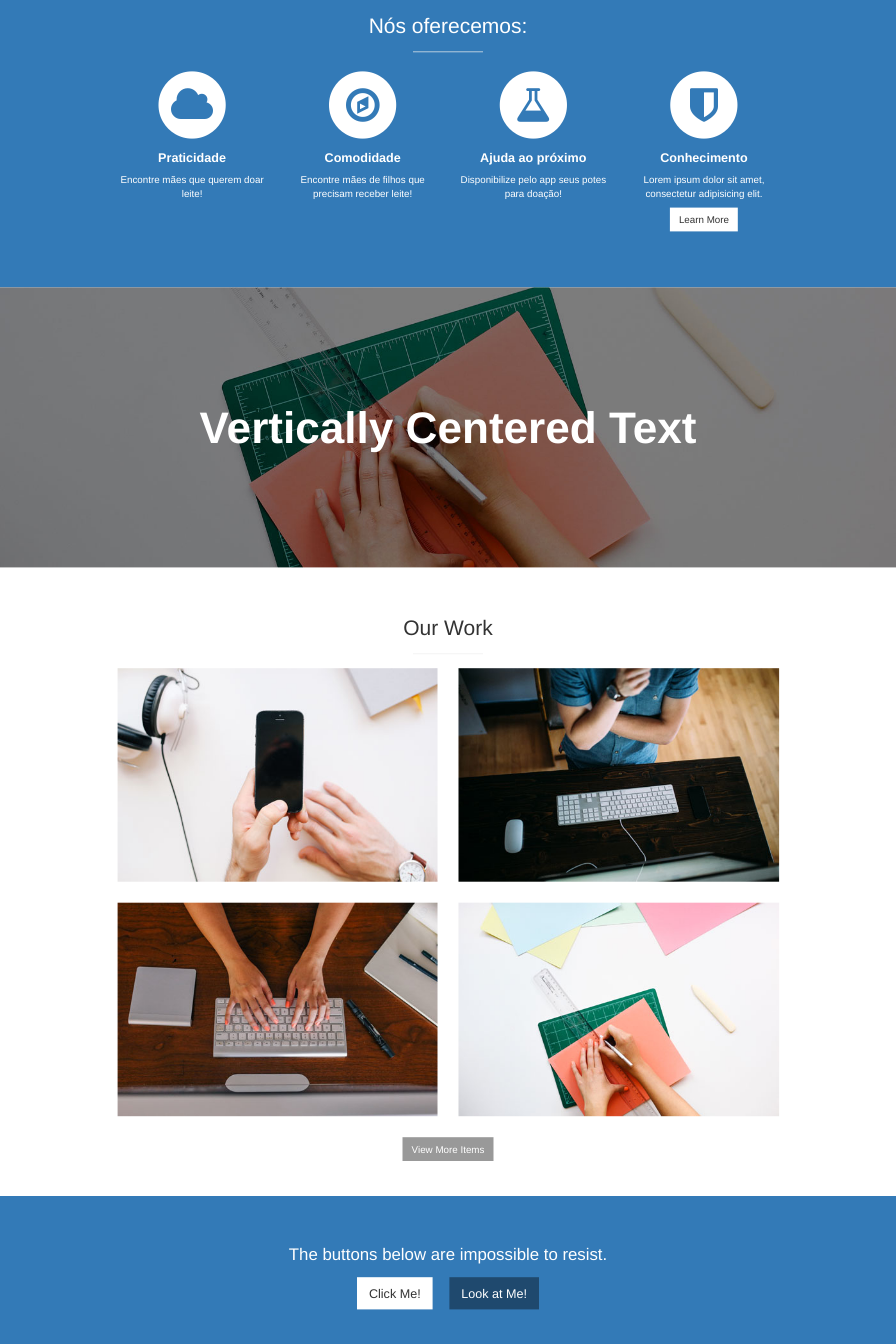
Repository: rsanttos/AmamentAcaoPage
Page: AmamentAcao/WebContent/index.html
The author's editor kept a copy of each file at every save. The page is drawn from the files as they stood at one save, then again after the next save.
The browser window is 1280 px wide. The pictures show the part of the page from y = 982 to 2902 px (the page is 3885 px tall before and 3841 px after), at 70% of full size.
Pictures or frames that could not be fetched are drawn as grey boxes. Some web fonts or font styles are not loaded; a fallback is used.

Above is the page before, as saved 2016-11-24 19:39:16.

### AmamentAcao/WebContent/index.html
<!DOCTYPE html>
<html lang="en">

<head>

    <meta charset="utf-8">
    <meta http-equiv="X-UA-Compatible" content="IE=edge">
    <meta name="viewport" content="width=device-width, initial-scale=1">
    <meta name="description" content="">
    <meta name="author" content="">

    <title>AmamentAção</title>

    <!-- Bootstrap Core CSS -->
    <link href="css/bootstrap.min.css" rel="stylesheet">

    <!-- Custom CSS -->
    <link href="css/stylish-portfolio.css" rel="stylesheet">

    <!-- Custom Fonts -->
    <link href="font-awesome/css/font-awesome.min.css" rel="stylesheet" type="text/css">
    <link href="https://fonts.googleapis.com/css?family=Source+Sans+Pro:300,400,700,300italic,400italic,700italic" rel="stylesheet" type="text/css">

    <!-- HTML5 Shim and Respond.js IE8 support of HTML5 elements and media queries -->
    <!-- WARNING: Respond.js doesn't work if you view the page via file:// -->
    <!--[if lt IE 9]>
        <script src="https://oss.maxcdn.com/libs/html5shiv/3.7.0/html5shiv.js"></script>
        <script src="https://oss.maxcdn.com/libs/respond.js/1.4.2/respond.min.js"></script>
    <![endif]-->

</head>

<body>

    <!-- Navigation -->
    <a id="menu-toggle" href="#" class="btn btn-dark btn-lg toggle"><i class="fa fa-bars"></i></a>
    <nav id="sidebar-wrapper">
        <ul class="sidebar-nav">
            <a id="menu-close" href="#" class="btn btn-light btn-lg pull-right toggle"><i class="fa fa-times"></i></a>
            <li class="sidebar-brand">
                <a href="#top" onclick=$("#menu-close").click();>AmamentAção</a>
            </li>
            <li>
                <a href="#top" onclick=$("#menu-close").click();>Home</a>
            </li>
            <li>
                <a href="#about" onclick=$("#menu-close").click();>Sobre</a>
            </li>
            <li>
                <a href="#services" onclick=$("#menu-close").click();>Serviços</a>
            </li>
            <li>
                <a href="#portfolio" onclick=$("#menu-close").click();>Portfolio</a>
            </li>
            <li>
                <a href="#contact" onclick=$("#menu-close").click();>Contato</a>
            </li>
        </ul>
    </nav>

    <!-- Header -->
    <header id="top" class="header">
        <div class="text-vertical-center">
            <h1>AmamentAção</h1>
            <h3>Porque todo bebê merece uma alimentação completa</h3>
            <br>
            <a href="#about" class="btn btn-dark btn-lg">Saiba mais</a>
        </div>
    </header>

    <!-- About -->
    <section id="about" class="about">
        <div class="container">
            <div class="row">
                <div class="col-lg-12 text-center">
                    <h2>Doe leite!</h2>
                    <p class="lead">O leite materno é considerado o alimento mais completo que os recém-nascidos podem ter em suas dietas.</p>
                </div>
            </div>
            <!-- /.row -->
        </div>
        <!-- /.container -->
    </section>

    <!-- Services -->
    <!-- The circle icons use Font Awesome's stacked icon classes. For more information, visit http://fontawesome.io/examples/ -->
    <section id="services" class="services bg-primary">
        <div class="container">
            <div class="row text-center">
                <div class="col-lg-10 col-lg-offset-1">
                    <h2>Nós oferecemos:</h2>
                    <hr class="small">
                    <div class="row">
                        <div class="col-md-3 col-sm-6">
                            <div class="service-item">
                                <span class="fa-stack fa-4x">
                                <i class="fa fa-circle fa-stack-2x"></i>
                                <i class="fa fa-cloud fa-stack-1x text-primary"></i>
                            </span>
                                <h4>
                                    <strong>Praticidade</strong>
                                </h4>
                                <p>Encontre mães que querem doar leite!</p>
                            </div>
                        </div>
                        <div class="col-md-3 col-sm-6">
                            <div class="service-item">
                                <span class="fa-stack fa-4x">
                                <i class="fa fa-circle fa-stack-2x"></i>
                                <i class="fa fa-compass fa-stack-1x text-primary"></i>
                            </span>
                                <h4>
                                    <strong>Comodidade</strong>
                                </h4>
                                <p>Encontre mães de filhos que precisam receber leite!</p>
                            </div>
                        </div>
                        <div class="col-md-3 col-sm-6">
                            <div class="service-item">
                                <span class="fa-stack fa-4x">
                                <i class="fa fa-circle fa-stack-2x"></i>
                                <i class="fa fa-flask fa-stack-1x text-primary"></i>
                            </span>
                                <h4>
                                    <strong>Ajuda ao próximo</strong>
                                </h4>
                                <p>Disponibilize pelo app seus potes para doação!</p>
                            </div>
                        </div>
                        <div class="col-md-3 col-sm-6">
                            <div class="service-item">
                                <span class="fa-stack fa-4x">
                                <i class="fa fa-circle fa-stack-2x"></i>
                                <i class="fa fa-shield fa-stack-1x text-primary"></i>
                            </span>
                                <h4>
                                    <strong>Conhecimento</strong>
                                </h4>
                                <p>Lorem ipsum dolor sit amet, consectetur adipisicing elit.</p>
                                <a href="#" class="btn btn-light">Learn More</a>
                            </div>
                        </div>
                    </div>
                    <!-- /.row (nested) -->
                </div>
                <!-- /.col-lg-10 -->
            </div>
            <!-- /.row -->
        </div>
        <!-- /.container -->
    </section>

    <!-- Callout -->
    <aside class="callout">
        <div class="text-vertical-center">
            <h1>Vertically Centered Text</h1>
        </div>
    </aside>

    <!-- Portfolio -->
    <section id="portfolio" class="portfolio">
        <div class="container">
            <div class="row">
                <div class="col-lg-10 col-lg-offset-1 text-center">
                    <h2>Our Work</h2>
                    <hr class="small">
                    <div class="row">
                        <div class="col-md-6">
                            <div class="portfolio-item">
                                <a href="#">
                                    <img class="img-portfolio img-responsive" src="img/portfolio-1.jpg">
                                </a>
                            </div>
                        </div>
                        <div class="col-md-6">
                            <div class="portfolio-item">
                                <a href="#">
                                    <img class="img-portfolio img-responsive" src="img/portfolio-2.jpg">
                                </a>
                            </div>
                        </div>
                        <div class="col-md-6">
                            <div class="portfolio-item">
                                <a href="#">
                                    <img class="img-portfolio img-responsive" src="img/portfolio-3.jpg">
                                </a>
                            </div>
                        </div>
                        <div class="col-md-6">
                            <div class="portfolio-item">
                                <a href="#">
                                    <img class="img-portfolio img-responsive" src="img/portfolio-4.jpg">
                                </a>
                            </div>
                        </div>
                    </div>
                    <!-- /.row (nested) -->
                    <a href="#" class="btn btn-dark">View More Items</a>
                </div>
                <!-- /.col-lg-10 -->
            </div>
            <!-- /.row -->
        </div>
        <!-- /.container -->
    </section>

    <!-- Call to Action -->
    <aside class="call-to-action bg-primary">
        <div class="container">
            <div class="row">
                <div class="col-lg-12 text-center">
                    <h3>The buttons below are impossible to resist.</h3>
                    <a href="#" class="btn btn-lg btn-light">Click Me!</a>
                    <a href="#" class="btn btn-lg btn-dark">Look at Me!</a>
                </div>
            </div>
        </div>
    </aside>

    <!-- Map -->
    <section id="contact" class="map">
        <iframe width="100%" height="100%" frameborder="0" scrolling="no" marginheight="0" marginwidth="0" src="https://maps.google.com/maps?f=q&amp;source=s_q&amp;hl=en&amp;geocode=&amp;q=Twitter,+Inc.,+Market+Street,+San+Francisco,+CA&amp;aq=0&amp;oq=twitter&amp;sll=28.659344,-81.187888&amp;sspn=0.128789,0.264187&amp;ie=UTF8&amp;hq=Twitter,+Inc.,+Market+Street,+San+Francisco,+CA&amp;t=m&amp;z=15&amp;iwloc=A&amp;output=embed"></iframe>
        <br />
        <small>
            <a href="https://maps.google.com/maps?f=q&amp;source=embed&amp;hl=en&amp;geocode=&amp;q=Twitter,+Inc.,+Market+Street,+San+Francisco,+CA&amp;aq=0&amp;oq=twitter&amp;sll=28.659344,-81.187888&amp;sspn=0.128789,0.264187&amp;ie=UTF8&amp;hq=Twitter,+Inc.,+Market+Street,+San+Francisco,+CA&amp;t=m&amp;z=15&amp;iwloc=A"></a>
        </small>
        </iframe>
    </section>

    <!-- Footer -->
    <footer>
        <div class="container">
            <div class="row">
                <div class="col-lg-10 col-lg-offset-1 text-center">
                    <h4><strong>Start Bootstrap</strong>
                    </h4>
                    <p>3481 Melrose Place
                        <br>Beverly Hills, CA 90210</p>
                    <ul class="list-unstyled">
                        <li><i class="fa fa-phone fa-fw"></i> (123) 456-7890</li>
                        <li><i class="fa fa-envelope-o fa-fw"></i> <a href="mailto:name@example.com">name@example.com</a>
                        </li>
                    </ul>
                    <br>
                    <ul class="list-inline">
                        <li>
                            <a href="#"><i class="fa fa-facebook fa-fw fa-3x"></i></a>
                        </li>
                        <li>
                            <a href="#"><i class="fa fa-twitter fa-fw fa-3x"></i></a>
                        </li>
                        <li>
                            <a href="#"><i class="fa fa-dribbble fa-fw fa-3x"></i></a>
                        </li>
                    </ul>
                    <hr class="small">
                    <p class="text-muted">Copyright &copy; Your Website 2014</p>
                </div>
            </div>
        </div>
        <a id="to-top" href="#top" class="btn btn-dark btn-lg"><i class="fa fa-chevron-up fa-fw fa-1x"></i></a>
    </footer>

    <!-- jQuery -->
    <script src="js/jquery.js"></script>

    <!-- Bootstrap Core JavaScript -->
    <script src="js/bootstrap.min.js"></script>

    <!-- Custom Theme JavaScript -->
    <script>
    // Closes the sidebar menu
    $("#menu-close").click(function(e) {
        e.preventDefault();
        $("#sidebar-wrapper").toggleClass("active");
    });
    // Opens the sidebar menu
    $("#menu-toggle").click(function(e) {
        e.preventDefault();
        $("#sidebar-wrapper").toggleClass("active");
    });
    // Scrolls to the selected menu item on the page
    $(function() {
        $('a[href*=#]:not([href=#],[data-toggle],[data-target],[data-slide])').click(function() {
            if (location.pathname.replace(/^\//, '') == this.pathname.replace(/^\//, '') || location.hostname == this.hostname) {
                var target = $(this.hash);
                target = target.length ? target : $('[name=' + this.hash.slice(1) + ']');
                if (target.length) {
                    $('html,body').animate({
                        scrollTop: target.offset().top
                    }, 1000);
                    return false;
                }
            }
        });
    });
    //#to-top button appears after scrolling
    var fixed = false;
    $(document).scroll(function() {
        if ($(this).scrollTop() > 250) {
            if (!fixed) {
                fixed = true;
                // $('#to-top').css({position:'fixed', display:'block'});
                $('#to-top').show("slow", function() {
                    $('#to-top').css({
                        position: 'fixed',
                        display: 'block'
                    });
                });
            }
        } else {
            if (fixed) {
                fixed = false;
                $('#to-top').hide("slow", function() {
                    $('#to-top').css({
                        display: 'none'
                    });
                });
            }
        }
    });
    // Disable Google Maps scrolling
    // See http://stackoverflow.com/a/25904582/1607849
    // Disable scroll zooming and bind back the click event
    var onMapMouseleaveHandler = function(event) {
        var that = $(this);
        that.on('click', onMapClickHandler);
        that.off('mouseleave', onMapMouseleaveHandler);
        that.find('iframe').css("pointer-events", "none");
    }
    var onMapClickHandler = function(event) {
            var that = $(this);
            // Disable the click handler until the user leaves the map area
            that.off('click', onMapClickHandler);
            // Enable scrolling zoom
            that.find('iframe').css("pointer-events", "auto");
            // Handle the mouse leave event
            that.on('mouseleave', onMapMouseleaveHandler);
        }
        // Enable map zooming with mouse scroll when the user clicks the map
    $('.map').on('click', onMapClickHandler);
    </script>

</body>

</html>

### AmamentAcao/WebContent/css/stylish-portfolio.css
/*!
 * Start Bootstrap - Stylish Portfolio (http://startbootstrap.com/)
 * Copyright 2013-2016 Start Bootstrap
 * Licensed under MIT (https://github.com/BlackrockDigital/startbootstrap/blob/gh-pages/LICENSE)
 */

/* Global Styles */

html,
body {
    width: 100%;
    height: 100%;
}

body {
    font-family: "Source Sans Pro","Helvetica Neue",Helvetica,Arial,sans-serif;
}

.text-vertical-center {
    display: table-cell;
    text-align: center;
    vertical-align: middle;
}

.text-vertical-center h1 {
    margin: 0;
    padding: 0;
    font-size: 4.5em;
    font-weight: 700;
}

/* Custom Button Styles */

.btn-dark {
    border-radius: 0;
    color: #fff;
    background-color: rgba(0,0,0,0.4);
}

.btn-dark:hover,
.btn-dark:focus,
.btn-dark:active {
    color: #fff;
    background-color: rgba(0,0,0,0.7);
}

.btn-light {
    border-radius: 0;
    color: #333;
    background-color: rgb(255,255,255);
}

.btn-light:hover,
.btn-light:focus,
.btn-light:active {
    color: #333;
    background-color: rgba(255,255,255,0.8);
}

/* Custom Horizontal Rule */

hr.small {
    max-width: 100px;
}

/* Side Menu */

#sidebar-wrapper {
    z-index: 1000;
    position: fixed;
    right: 0;
    width: 250px;
    height: 100%;
    transform: translateX(250px);
    overflow-y: auto;
    background: #222;
    -webkit-transition: all 0.4s ease 0s;
    -moz-transition: all 0.4s ease 0s;
    -ms-transition: all 0.4s ease 0s;
    -o-transition: all 0.4s ease 0s;
    transition: all 0.4s ease 0s;
}

.sidebar-nav {
    position: absolute;
    top: 0;
    width: 250px;
    margin: 0;
    padding: 0;
    list-style: none;
}

.sidebar-nav li {
    text-indent: 20px;
    line-height: 40px;
}

.sidebar-nav li a {
    display: block;
    text-decoration: none;
    color: #999;
}

.sidebar-nav li a:hover {
    text-decoration: none;
    color: #fff;
    background: rgba(255,255,255,0.2);
}

.sidebar-nav li a:active,
.sidebar-nav li a:focus {
    text-decoration: none;
}

.sidebar-nav > .sidebar-brand {
    height: 55px;
    font-size: 18px;
    line-height: 55px;
}

.sidebar-nav > .sidebar-brand a {
    color: #999;
}

.sidebar-nav > .sidebar-brand a:hover {
    color: #fff;
    background: none;
}

#menu-toggle {
    z-index: 1;
    position: fixed;
    top: 0;
    right: 0;
}

#sidebar-wrapper.active {
    right: 250px;
    width: 250px;
    -webkit-transition: all 0.4s ease 0s;
    -moz-transition: all 0.4s ease 0s;
    -ms-transition: all 0.4s ease 0s;
    -o-transition: all 0.4s ease 0s;
    transition: all 0.4s ease 0s;
}

.toggle {
    margin: 5px 5px 0 0;
}

/* Header */

.header {
    display: table;
    position: relative;
    width: 100%;
    height: 100%;
    background: url(../img/bg.jpg) no-repeat center center scroll;
    -webkit-background-size: cover;
    -moz-background-size: cover;
    background-size: cover;
    -o-background-size: cover;
}

/* About */

.about {
    padding: 50px 0;
}

/* Services */

.services {
    padding: 50px 0;
}

.service-item {
    margin-bottom: 30px;
}

/* Callout */

.callout {
    display: table;
    width: 100%;
    height: 400px;
    color: #fff;
    background: url(../img/callout.jpg) no-repeat center center scroll;
    -webkit-background-size: cover;
    -moz-background-size: cover;
    background-size: cover;
    -o-background-size: cover;
}

/* Portfolio */

.portfolio {
    padding: 50px 0;
}

.portfolio-item {
    margin-bottom: 30px;
}

.img-portfolio {
    margin: 0 auto;
}

.img-portfolio:hover {
    opacity: 0.8;
}

/* Call to Action */

.call-to-action {
    padding: 50px 0;
}

.call-to-action .btn {
    margin: 10px;
}

/* Map */

.map {
    height: 500px;
}

@media(max-width:768px) {
    .map {
        height: 75%;
    }
}

.map iframe {
    pointer-events: none;
}

/* Footer */

footer {
    padding: 100px 0;
}

#to-top {
  display: none;
  position: fixed;
  bottom: 5px;
  right: 5px;
}

Loaded but not shown: AmamentAcao/WebContent/css/bootstrap.min.css (library); AmamentAcao/WebContent/font-awesome/css/font-awesome.min.css (library); AmamentAcao/WebContent/js/jquery.js (library); AmamentAcao/WebContent/js/bootstrap.min.js (library)

After the next save:
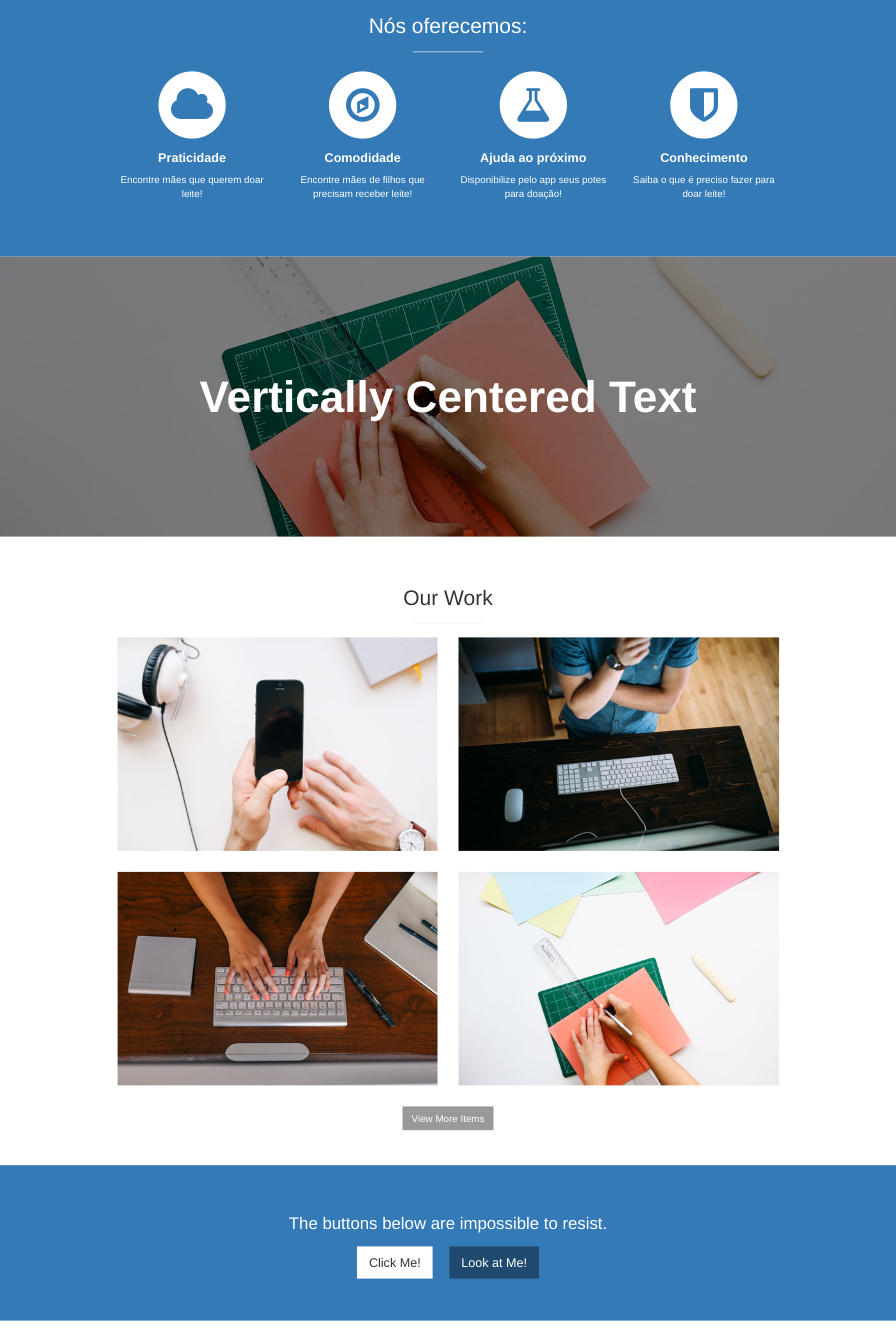
Saved 13 s later.
--- a/AmamentAcao/WebContent/index.html
+++ b/AmamentAcao/WebContent/index.html
@@ -136,8 +136,7 @@
                                 <h4>
                                     <strong>Conhecimento</strong>
                                 </h4>
-                                <p>Lorem ipsum dolor sit amet, consectetur adipisicing elit.</p>
-                                <a href="#" class="btn btn-light">Learn More</a>
+                                <p>Saiba o que é preciso fazer para doar leite!</p>
                             </div>
                         </div>
                     </div>
